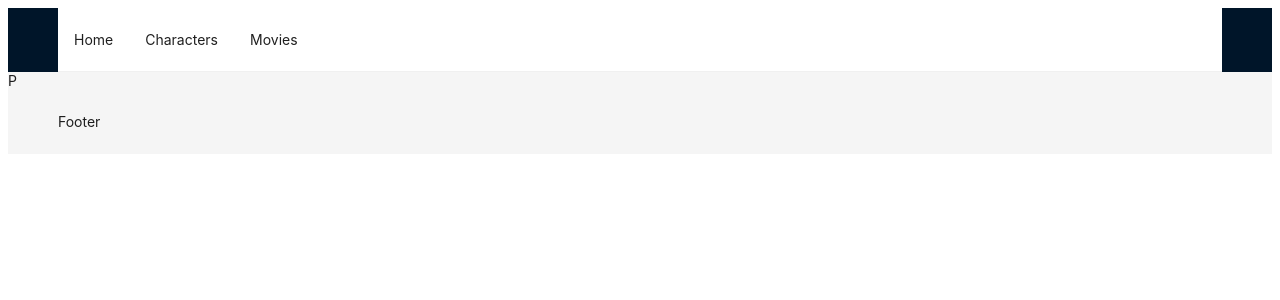
Repository: BESTETURKMEN/e-commerce
Page: /
The author's editor kept a copy of each file at every save. The page is drawn from the files as they stood at one save, then again after the next save.
The browser window is 1280 px wide. The pictures show the whole page.
The project was rebuilt for these pictures with package versions that can differ from the ones it lists, and the page was loaded fresh each time. Also part of the build but not shown: webpack.config.js, src/layout/layout.scss, src/pages/page2.jsx, src/pages/page3.jsx.

Above is the page before, as saved 2023-08-19 15:22:19.

After the next save:
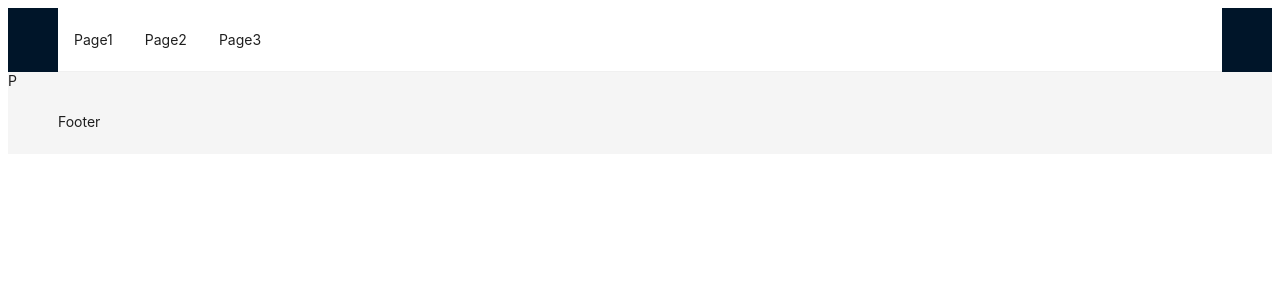
Saved 44 s later.
--- a/src/layout/header.jsx
+++ b/src/layout/header.jsx
@@ -7,18 +7,18 @@ export default function Header() {
   const menu = [
     {
       key: "1",
-      label: "Home",
+      label: "Page1",
       path: "/",
     },
     {
       key: "2",
-      label: "Characters",
-      path: "/characters",
+      label: "Page2",
+      path: "/Page2",
     },
     {
       key: "3",
-      label: "Movies",
-      path: "/movies",
+      label: "Page3",
+      path: "/Page3",
     },
   ];
   return (
